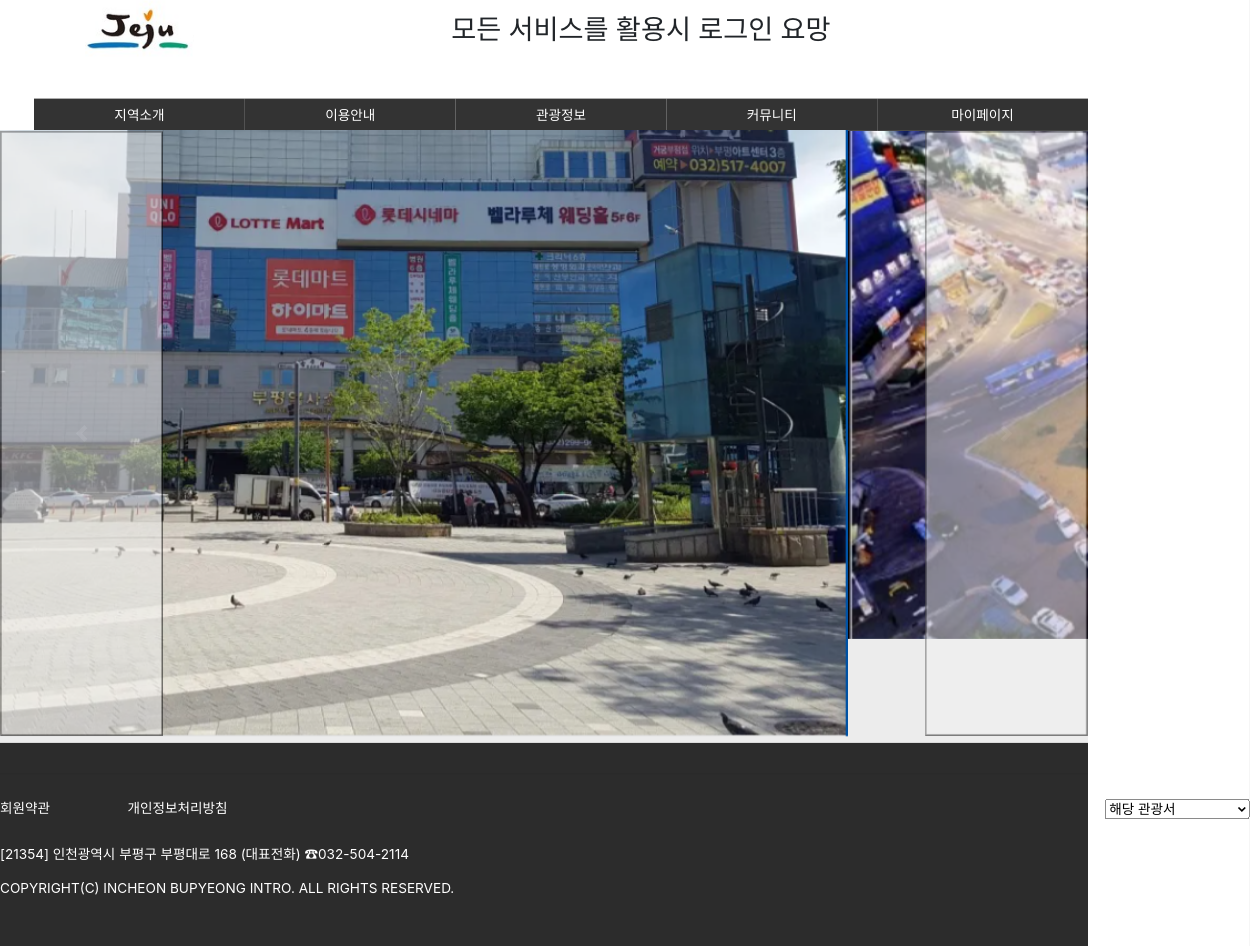
Repository: dlsqja432/Jeju-project
Page: http://localhost/jejudo/
These files come from the project's save history. The page is drawn as it stood at one moment and after the next save; the edit follows.
The browser window is 1280 px wide. The page is 1470 px wide, so the pictures cover 1470 px, including what lies to the right of the window. The pictures show the whole page, at 85% of full size.
The page is served by Tomcat 9. Other server files are loaded and not shown.

Above is the page before, as saved 2024-04-16 00:45:59.

### jejudo/WebContent/WEB-INF/index.jsp
<%@ page language="java" contentType="text/html; charset=UTF-8"
    pageEncoding="UTF-8"%>
<%@ taglib prefix="c" uri="http://java.sun.com/jsp/jstl/core" %>
<%@ taglib prefix="fmt" uri="http://java.sun.com/jsp/jstl/fmt" %>
<c:set var="path0" value="<%=request.getContextPath() %>" />
<!DOCTYPE html>
<html>
<head>
<meta charset="UTF-8">
<title>${title }</title>
<%@ include file="/head.jsp" %>
<style>
.container {width:1400px; }
.page { clear:both; height:100vh; }
.page_title { font-size:36px; padding-top:2em; text-align:center; }
#page1 { background-color:#ececec }
#page2 { background-color:#fbffc4 }
#page3 { background-color:#f9d6ff }
#page4 { background-color:#d6f5ff }
</style>
</head>
<body>
<div id="header">
	<%@ include file="/header.jsp" %>
</div>
<div id="contents">
	<section class="page" id="page1">
		<figure id="vs">
			<div id="carouselExampleControls" class="carousel slide" data-ride="carousel">
			  <div class="carousel-inner">
			    <div class="carousel-item active">
			      <img src="${path0 }/images/vs4.png" class="d-block w-100" alt="...">
			    </div>
			    <div class="carousel-item">
			      <img src="${path0 }/images/vs5.png" class="d-block w-100" alt="...">
			    </div>
			    <div class="carousel-item">
			      <img src="${path0 }/images/vs6.png" class="d-block w-100" alt="...">
			    </div>
			  </div>
			 <button class="carousel-control-prev" type="button" data-target="#carouselExampleControls" data-slide="prev">
			    <span class="carousel-control-prev-icon" aria-hidden="true"></span>
			    <span class="sr-only">Previous</span>
			  </button>
			  <button class="carousel-control-next" type="button" data-target="#carouselExampleControls" data-slide="next">
			    <span class="carousel-control-next-icon" aria-hidden="true"></span>
			    <span class="sr-only">Next</span>
			  </button>
			</div>
		</figure>
		<h3 class="page_title"></h3>
	</section>
	<div class="">
	</div>
</div>
<div id="footer">
	<%@ include file="/footer.jsp" %>
</div>
</body>
</html>

### jejudo/WebContent/head.jsp
<%@ page language="java" contentType="text/html; charset=UTF-8"
    pageEncoding="UTF-8"%>
<%@ taglib prefix="c" uri="http://java.sun.com/jsp/jstl/core" %>
<%@ taglib prefix="fmt" uri="http://java.sun.com/jsp/jstl/fmt" %>
<c:set var="ipath" value="<%=request.getContextPath() %>" />
<script src="${ipath }/js/jquery-3.2.1.min.js"></script>
<link rel="stylesheet" href="${ipath }/css/bootstrap.min.css" />
<script src="${ipath }/js/bootstrap.min.js"></script>
<link rel="stylesheet" href="https://cdnjs.cloudflare.com/ajax/libs/font-awesome/5.7.0/css/all.min.css" />
<meta name="viewport" content="width=device-width, initial-scale=1.0">
<meta name="subject" content="부평동 소개(Bupyeongdong Intro)" />
<meta name="description" content="부평동, 문화의 거리, 맛집, 교통, 소개" />
<meta name="keywords" content="부평동, 문화의 거리, 맛집, 교통, 소개" />
<link rel="icon" href="${ipath }/images/favicon.png" />
<link rel="shortcut icon" href="${ipath }/images/favicon.png" />
<meta property="og:type" content="website" />
<meta property="og:title" content="bupyeongdong" />
<meta property="og:description" content="부평동, 문화의 거리, 맛집, 교통, 소개" />
<meta property="og:image" content="${ipath }/images/site.png" />
<meta property="og:url" content="http://localhost:8091" />
<link rel="stylesheet" href="${ipath }/css/common.css" />

### jejudo/WebContent/header.jsp
<%@ page language="java" contentType="text/html; charset=UTF-8"
    pageEncoding="UTF-8"%>
<%@ taglib prefix="c" uri="http://java.sun.com/jsp/jstl/core" %>
<%@ taglib prefix="fmt" uri="http://java.sun.com/jsp/jstl/fmt" %>
<c:set var="hpath" value="<%=request.getContextPath() %>" />
<header>
	<div class="logo_wrap">
		<a href="/jeju"><img src="${hpath }/images/Logo.png" alt="제주도 로고" /></a>
	</div>
	<div id="tnb" style="height:100px; line-height:2rem; padding-top:1rem">
		<c:if test="${not empty sid }">
		<h2 style="text-align:center;">${sname } 님 환영합니다.</h2>
		</c:if>
		<c:if test="${empty sid }">
		<h2 style="text-align:center;">모든 서비스를 활용시 로그인 요망</h2>
		</c:if>
	</div>
	<nav id="gnb">
		<ul class="">
			<li class="item">
				<a href="" class="dp1">지역소개</a>
				<ul class="sub_menu">
					<li><a href="${hpath }/intro/origin.jsp">지명유래</a></li>
					<li><a href="${hpath }/intro/facility.jsp">지역 특징 및 시설안내</a></li>
					<li><a href="${hpath }/intro/history.jsp">연혁</a></li>
					<li><a href="${hpath }/intro/map.jsp">오시는 길</a></li>
				</ul>
			</li>
			<li class="item">
				<a href="" class="dp1">이용안내</a>
				<ul class="sub_menu">
					<li><a href="${hpath }/GetTrafficList.do">교통편 안내</a></li>
					<li><a href="${hpath }/tour/building.jsp">공공기관 안내</a></li>
					<li><a href="${hpath }/tour/association.jsp">음식점 안내</a></li>
					<li><a href="${hpath }/tour/lodg.jsp">숙박 시설 안내</a></li>
				</ul>
			</li>
			<li class="item">
				<a href="" class="dp1">관광정보</a>
				<ul class="sub_menu">
					<li><a href="${hpath }/NotiList.do">관광지</a></li>
					<li><a href="">문화재</a></li>
					<li><a href="${hpath }/GetQnaList.do">추천 여행코스</a></li>
				</ul>
			</li>
			<li class="item">
				<a href="" class="dp1">커뮤니티</a>
				<ul class="sub_menu">
					<li><a href="${hpath }/NotiList.do">공지사항</a></li>
					<li><a href="">자료실</a></li>
					<li><a href="${hpath }/GetQnaList.do">묻고답하기</a></li>
				</ul>
			</li>
			<li class="item">
				<a href="" class="dp1">마이페이지</a>
				<ul class="sub_menu">
					<c:if test="${empty sid }">
					<li><a href="${hpath }/member/login.jsp">로그인</a></li>
					<li><a href="${hpath }/member/term.jsp">회원가입</a></li>
					</c:if>
					<c:if test="${not empty sid }">
					<li><a href="${hpath }/Logout.do">로그아웃</a></li>
					<li><a href="${hpath }/EditMember.do?id=${sid }">회원정보</a></li>
					</c:if>
					<c:if test="${sid.equals('admin') }">
					<li><a href="${hpath }/AdminMain.do">관리자</a></li>
					</c:if>
					<li><a href="${hpath }/member/terms.jsp">회원약관</a></li>
					<li><a href="${hpath }/member/policy.jsp">개인정보처리방침</a></li>
				</ul>
			</li>
		</ul>
	</nav>
</header>
<hr>

### jejudo/WebContent/footer.jsp
<%@ page language="java" contentType="text/html; charset=UTF-8"
    pageEncoding="UTF-8"%>
<%@ taglib prefix="c" uri="http://java.sun.com/jsp/jstl/core" %>
<%@ taglib prefix="fmt" uri="http://java.sun.com/jsp/jstl/fmt" %>
<c:set var="fpath" value="<%=request.getContextPath() %>" />
<hr>
<footer>
	<div class="ft_wrap">
		<nav id="fnb">
			<ul>
				<li><a href="${hpath }/member/terms.jsp">회원약관</a></li>
				<li><a href="${hpath }/member/policy.jsp">개인정보처리방침</a></li>
			</ul>
		</nav>
		<div id="loc">
			<select name="sel" id="sel" onchange="locate()">
				<option value="">해당 관광서</option>
				<option value="https://www.geumcheon.go.kr/portal/contents.do?key=651">부평동동주민센터</option>
				<option value="https://www.smpa.go.kr/user/nd19306.do">부평파출소</option>
				<option value="https://www.life114.co.kr/html/board/view.asp?M_SEQ=1877802#google_vignette">인천부평디지털우체국</option>
			</select>
		</div>
		<script>
		function locate(){
			var sel = document.getElementById("sel");
			if(sel.value!=""){
				window.open(sel.value);
			}
		}
		</script>
		<br><br>
		<div id="copyright">
			<p class="addr">[21354] 인천광역시 부평구 부평대로 168 (대표전화) ☎032-504-2114</p>
			<p class="copy">COPYRIGHT(C) INCHEON BUPYEONG INTRO. ALL RIGHTS RESERVED.</p>
		</div>
	</div>
</footer>

### jejudo/src/org/jeju/ctrl/Main.java
package org.jeju.ctrl;

import java.io.IOException;

import javax.servlet.RequestDispatcher;
import javax.servlet.ServletContext;
import javax.servlet.ServletException;
import javax.servlet.annotation.WebServlet;
import javax.servlet.http.HttpServlet;
import javax.servlet.http.HttpServletRequest;
import javax.servlet.http.HttpServletResponse;

@WebServlet("/jeju")
public class Main extends HttpServlet {
	private static final long serialVersionUID = 1L;

    public Main() {
        super();
    }

	protected void service(HttpServletRequest request, HttpServletResponse response) throws ServletException, IOException {
		ServletContext application = request.getServletContext();
		String realPath = request.getSession().getServletContext().getRealPath("/");
		application.setAttribute("realPath", realPath);
		application.setAttribute("title", "부평 소개");

//		List<Notice> latestNotiList = new ArrayList<>();
//		List<Qna> latestQnaList = new ArrayList<>();

//		request.setAttribute("latestNotiList", latestNotiList);
//		request.setAttribute("latestQnaList", latestQnaList);
		request.setAttribute("idol1", "./images/idol1.jpg");
		RequestDispatcher view = request.getRequestDispatcher("/WEB-INF/index.jsp");
		view.forward(request, response);
	}
}

### jejudo/WebContent/css/common.css
@charset "UTF-8";
#header { clear:both; height:120px; }
.logo_wrap { float:left; width:128px; height:auto; margin-left:100px; }
.logo_wrap a { display:block; width:100%; height:auto; }
.logo_wrap a img { display:block; width:100%; height:auto; }
#gnb { clear:both; display:block; width:1280px; height:50px;
margin:15px auto; }
#gnb a { text-decoration:none; }
#gnb ul { list-style:none; }
#gnb .item { float:left; width:20%; position:relative; }
#gnb a.dp1 { display:block; line-height:38px; text-align:center;
background-color:#333; color:#fff; }
#gnb .sub_menu { display:none; position:absolute; top:38px; left:0px;
padding:0; width:100%; z-index:999; }
#gnb .item:hover .sub_menu { display:block; }
#gnb .item:hover a.dp1 { background-color:deepskyblue; }
#gnb .item .sub_menu li { margin:0; padding:0;
text-indent:90px; line-height:32px;  width:100%;
background-color:#659ffc; }
#gnb .item .sub_menu li:hover { background-color:deepskyblue; }
#gnb .item .sub_menu li a { color:#fff; }
#contents { clear:both; }

#vs { clear:both; width:100%; height:800px; overflow:hidden; }
#vs img { display:block; width:100%; height:auto; margin-top:-250px;}

.ft_wrap { width:1400px; margin:0 auto; }
#fnb { width:800px; height:48px; float:left; }
#fnb ul { list-style:none; margin:0px; padding:0px; clear:both; height:48px; }
#fnb li { float:left; width:150px; text-align:left; line-height:48px; }
#fnb li a { color:#fff; }
#loc { width:100px; height:30px; line-height:30px; margin-top:10px; float:right; }
#copyright { clear:both; margin-top:18px; width:100%; }

#footer { background-color:#2c2c2c; padding-top:20px; padding-bottom:40px;
color:#fff; }

Loaded but not shown: jejudo/WebContent/js/jquery-3.2.1.min.js (library); jejudo/WebContent/css/bootstrap.min.css (library); jejudo/WebContent/js/bootstrap.min.js (library)

After the next save:
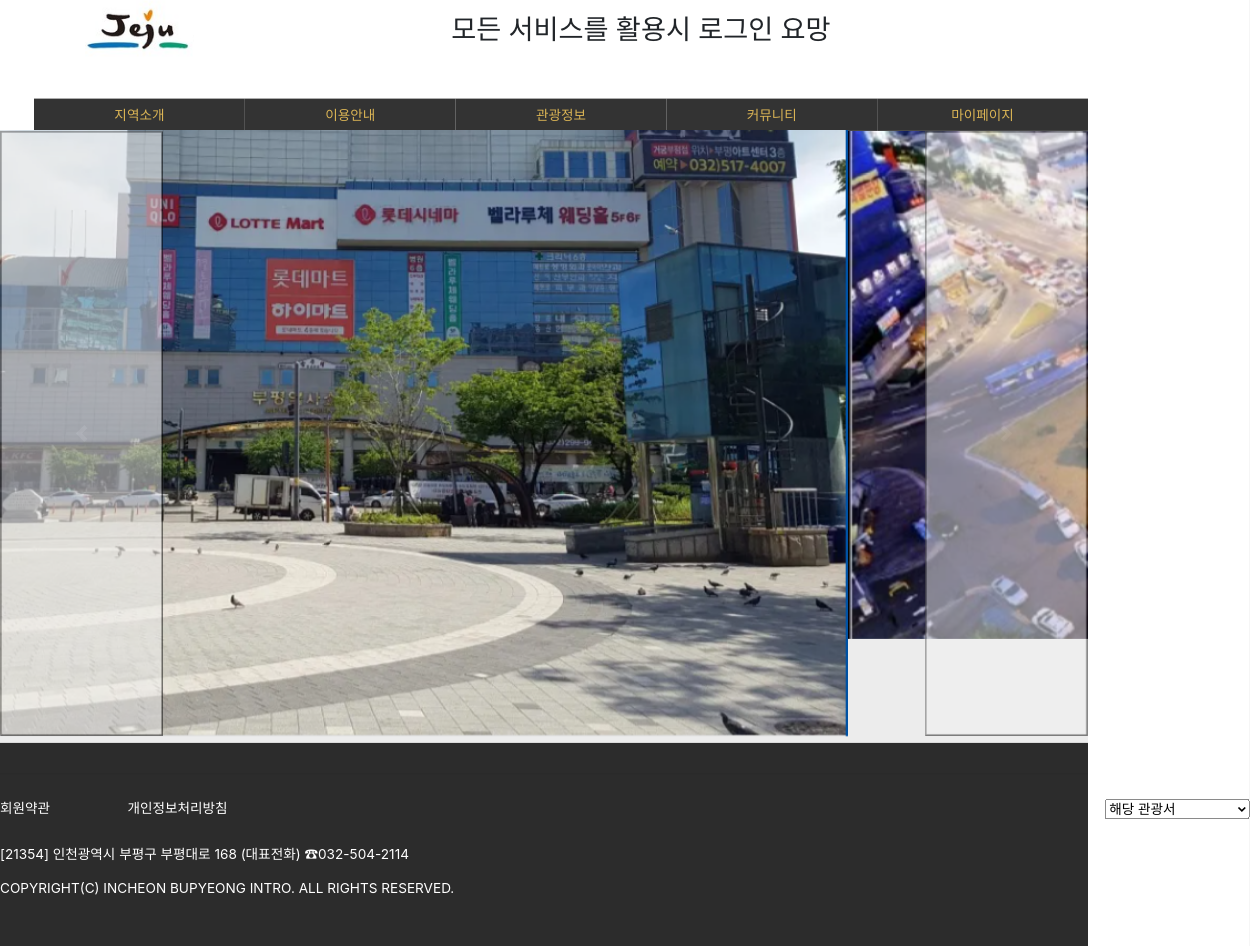
Saved 2 min 54 s later.
--- a/jejudo/WebContent/css/common.css
+++ b/jejudo/WebContent/css/common.css
@@ -9,7 +9,7 @@
 #gnb ul { list-style:none; }
 #gnb .item { float:left; width:20%; position:relative; }
 #gnb a.dp1 { display:block; line-height:38px; text-align:center;
-background-color:#333; color:#fff; }
+background-color:#333; color:#DAB455; }
 #gnb .sub_menu { display:none; position:absolute; top:38px; left:0px;
 padding:0; width:100%; z-index:999; }
 #gnb .item:hover .sub_menu { display:block; }
